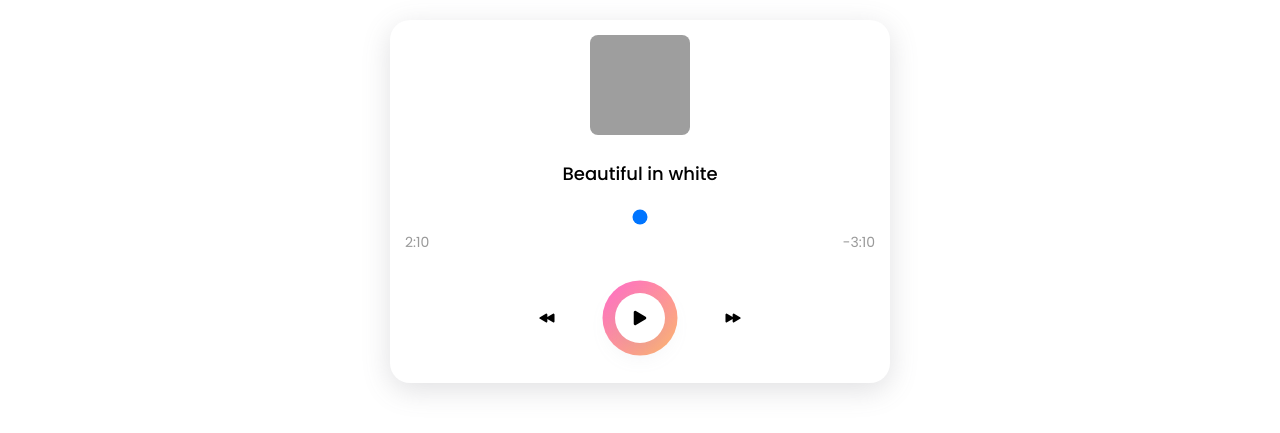
Repository: quyenpv10/mp3__music
Page: index.html
The author's editor kept a copy of each file at every save. The page is drawn from the files as they stood at one save, then again after the next save.
The browser window is 1280 px wide. The pictures show the whole page.
Pictures or frames that could not be fetched are drawn as grey boxes.

Above is the page before, as saved 2021-12-10 20:20:50.

After the next save:
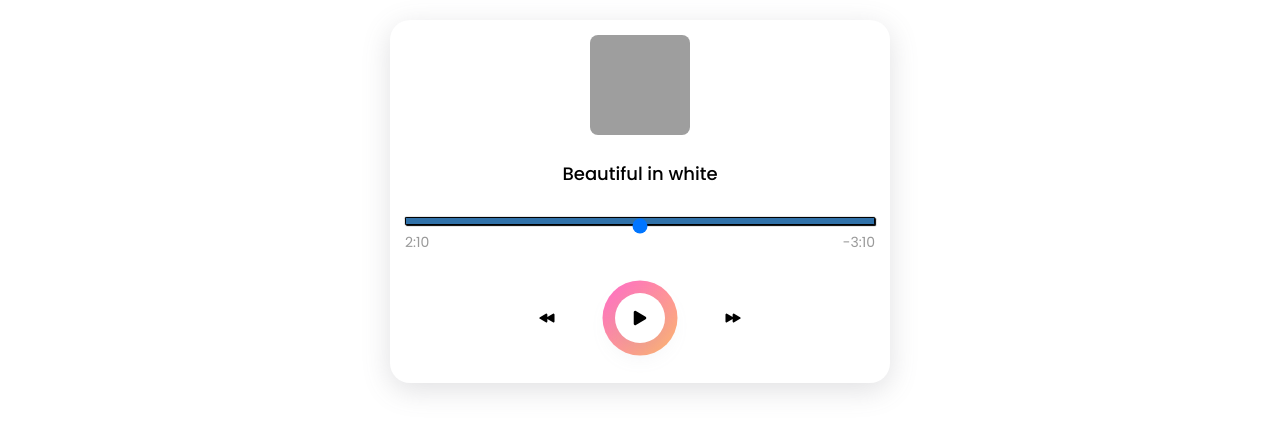
Saved 99 s later.
--- a/app.css
+++ b/app.css
@@ -128,3 +128,17 @@ body {
     background: transparent;
     /* Otherwise white in Chrome */
 }
+
+.range::-webkit-slider-runnable-track {
+    width: 100%;
+    height: 8.4px;
+    cursor: pointer;
+    box-shadow: 1px 1px 1px #000000, 0px 0px 1px #0d0d0d;
+    background: #3071a9;
+    border-radius: 1.3px;
+    border: 0.2px solid #010101;
+}
+
+input[type=range]:focus::-webkit-slider-runnable-track {
+    background: #367ebd;
+}
